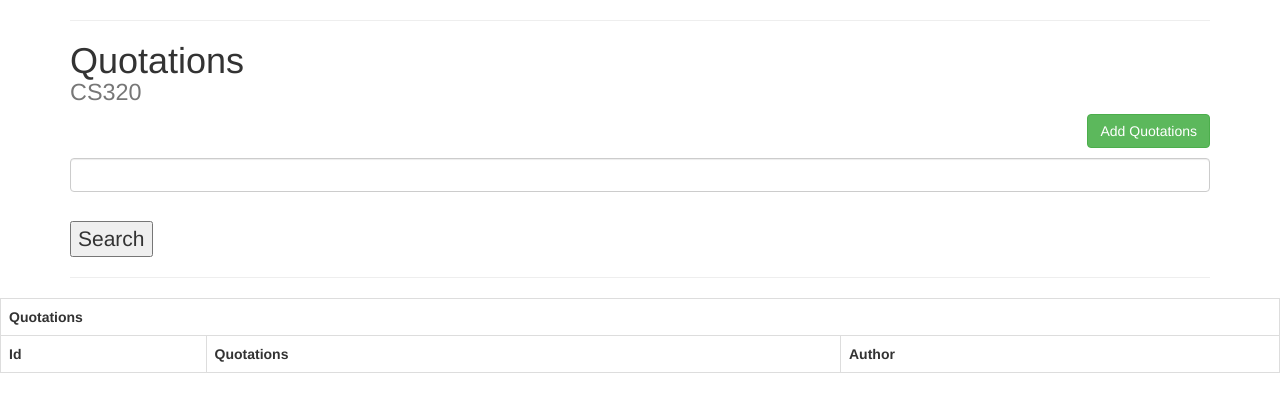
Repository: JamesPatel37/Java-Development-II-III
Page: http://localhost/CS320/QuotationController
An editor plug-in stored every save of this project. The page is shown before and after the next save, followed by the edit.
The browser window is 1280 px wide. The pictures show the whole page.
The page is served by Tomcat 9. Queries for data that is not in the repository find no rows.

Above is the page before, as saved 2015-06-12 05:50:40.

After the next save:
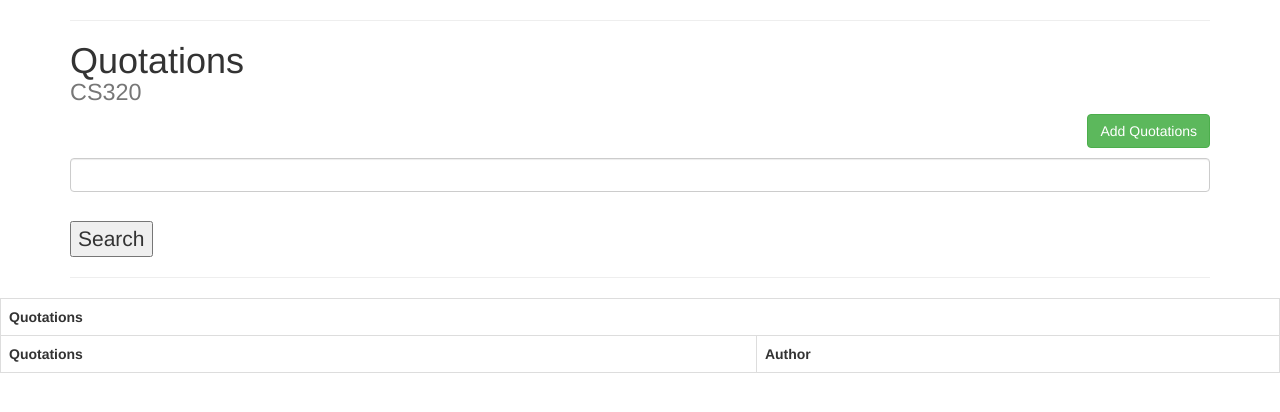
Saved 54 s later.
--- a/Workspace/CS320/WebContent/QuotationView.jsp
+++ b/Workspace/CS320/WebContent/QuotationView.jsp
@@ -34,12 +34,11 @@
 
   <tr><th align = "center" colspan="3">Quotations</th></tr>
 
-  	<tr> <th>Id</th> <th>Quotations</th> <th>Author</th> </tr>
+  	<tr> <th>Quotations</th> <th>Author</th> </tr>
 
 
 	<c:forEach items="${quotes}" var="entry">
 	<tr>
-		<td>${entry.id}</td>
 		<td>${entry.quotation}</td>
 		<td>${entry.author}</td>
 	</tr>
